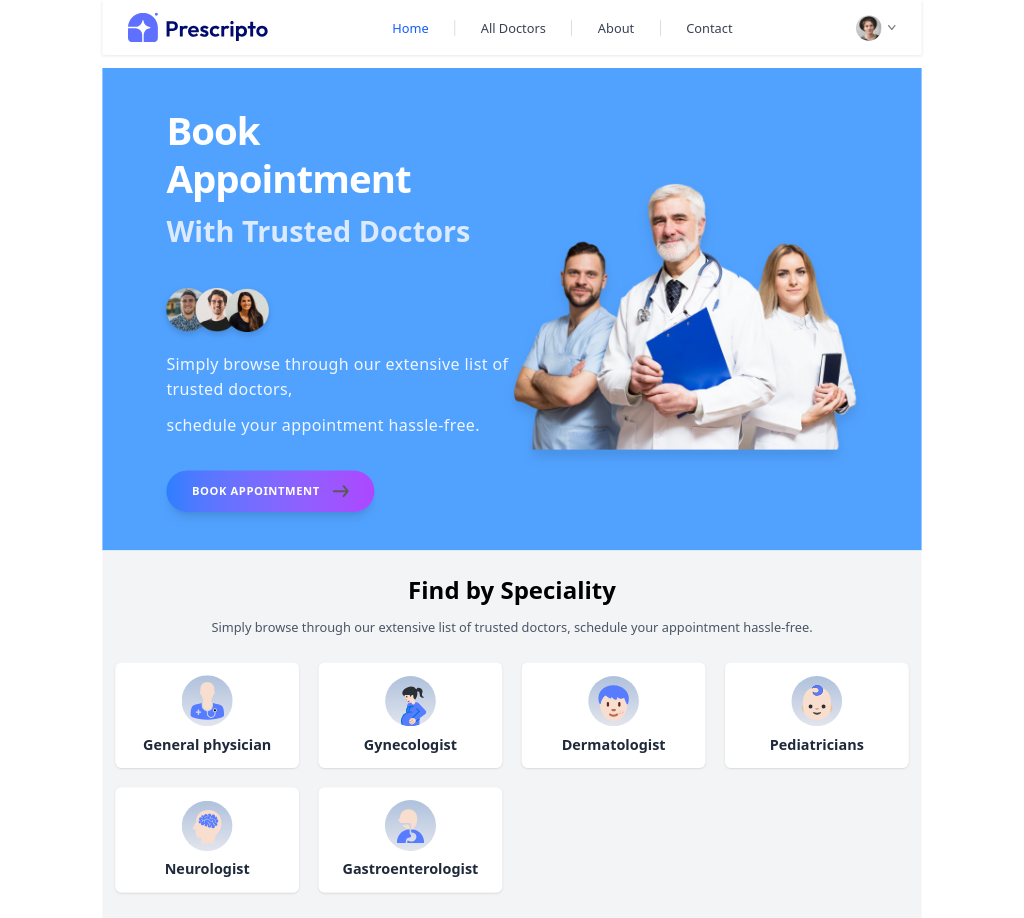
Repository: Pran2535/appointement_booking
Page: / (app in frontend/)
An editor plug-in stored every save of this project. The page is shown before and after the next save, followed by the edit.
The browser window is 1280 px wide. The pictures show the whole page, at 80% of full size.
The project was rebuilt for these pictures with package versions that can differ from the ones it lists, and the page was loaded fresh each time. Also part of the build but not shown: frontend/vite.config.js, frontend/src/pages/About.jsx, frontend/src/pages/MyAppointments.jsx, frontend/src/pages/Doctors.jsx, frontend/src/pages/Login.jsx, frontend/src/pages/Contact.jsx, frontend/src/pages/MyProfile.jsx, frontend/src/pages/Appointment.jsx.

Above is the page before, as saved 2025-02-16 21:15:35.

### frontend/index.html
<!doctype html>
<html lang="en">
  <head>
    <meta charset="UTF-8" />
    <link rel="icon" type="image/svg+xml" href="/vite.svg" />
    <meta name="viewport" content="width=device-width, initial-scale=1.0" />
    <title>Mishra healthcare</title>
  </head>
  <body>
    <div id="root"></div>
    <script type="module" src="/src/main.jsx"></script>
  </body>
</html>

### frontend/src/main.jsx
import { StrictMode } from 'react'
import { createRoot } from 'react-dom/client'
import './index.css'
import App from './App.jsx'
import { BrowserRouter } from 'react-router-dom'

createRoot(document.getElementById('root')).render(
<BrowserRouter>
    <App />
  </BrowserRouter>,
)

### frontend/src/App.jsx
import React from 'react'
import { Route, Routes } from 'react-router-dom'
import Home from './pages/Home'
import About from './pages/About'
import MyAppointments from './pages/MyAppointments'
import Doctors from './pages/Doctors'
import Login from './pages/Login'
import Contact from './pages/Contact'
import MyProfile from './pages/MyProfile'
import Appointment from './pages/Appointment'
import Navbar from './components/Navbar'

const App = () => {
  return (
    <div className='mx-4 sm:mx-[10%]'>
      <Navbar/>{ /* mounted navbar component before routes so that it gets displayed over the all routes */}
      <Routes>
        <Route path='/' element={<Home />} />
        <Route path='/about' element={<About />} />
        <Route path='/my-appointments' element={<MyAppointments />} />
        <Route path='/doctors' element={<Doctors/>}/>
        <Route path='/doctors/:speciality' element={<Doctors/>}/>
        <Route path ='/login' element={<Login/>}/>
        <Route path='/contact' element={<Contact/>}/>
        <Route path ='/my-profile' element={<MyProfile/>}/>
        <Route path ='/appointments/:docId' element={<Appointment/>}/>
      </Routes>
    </div>
  )
}

export default App

### frontend/src/pages/Home.jsx
import React from 'react'
import Header from '../components/Header'
import SpecialityMenu from '../components/SpecialityMenu'

const Home = () => {
  return (
    <div>
      <Header/>
      <SpecialityMenu/>
    </div>
  )
}

export default Home

### frontend/src/components/Navbar.jsx
import React, { useState } from 'react'
import { NavLink, useNavigate } from 'react-router-dom'
import { assets } from '../assets/assets'

const links = [
  { to: '/', label: 'Home' },
  { to: '/doctors', label: 'All Doctors' },
  { to: '/about', label: 'About' },
  { to: '/contact', label: 'Contact' }
]

const Navbar = () => {
  const navigate = useNavigate();
  const [showMenu, setShowMenu]=useState(false);
  const [token,setToken]=useState(true);


  return (
    <nav className="sticky top-0 bg-white shadow-sm z-50">
      <div className="max-w-7xl mx-auto px-4 sm:px-6 lg:px-8 py-4 flex items-center justify-between">
        {/* Logo */}
        <div className="flex-shrink-0">
          <img
            className="w-32 md:w-40 lg:w-44 h-auto cursor-pointer transition-transform hover:scale-105"
            src={assets.logo}
            alt="Company Logo"
          />
        </div>

        {/* Navigation Links */}
        <div className="hidden md:block">
          <ul className="flex items-center space-x-8">
            {links.map((l, i) => (
              <React.Fragment key={l.to}>
                <NavLink
                  to={l.to}
                  className={({ isActive }) =>
                    `font-medium transition-colors duration-200 hover:text-blue-600 ${
                      isActive ? 'text-blue-600' : 'text-gray-700'
                    }`
                  }
                >
                  {l.label}
                </NavLink>
                {i < links.length - 1 && (
                  <div className="h-5 w-px bg-gray-300" aria-hidden="true" />
                )}
              </React.Fragment>
            ))}
          </ul>
        </div>

        {/* CTA Button */}
        <div className="flex items-center gap-4">
            {
                token?
                <div className='flex items-center gap-2 cursor-pointer group relative' >
                    <img className='w-8 rounded-full' src={assets.profile_pic} alt="" />
                    <img className='w-2.5 ' src={assets.dropdown_icon} alt="" />
                    <div className='absolute top-0 right-0 pt-14 text-base font-medium text-gray-600 z-20 hidden group-hover:block'>
                        <div className='min-w-48 bg-stone-100 rounded flex flex-col gap-4 p-4'>
                            <p onClick={()=>navigate('/my-appointments')} className='hover:text-black cursor-pointer'>My Appointments</p>
                            <p onClick={()=>navigate('/my-profile')} className='hover:text-black cursor-pointer'>My Profile</p>
                            <p onClick={()=>setToken(false)} className='hover:text-black cursor-pointer'>Logout</p>
                        </div>
                    </div>
                </div>

                :
                 <button
            onClick={() => navigate('/login')}
            className="hidden cursor-pointer md:block bg-blue-600 hover:bg-blue-700 text-white px-6 py-3 rounded-full font-semibold transition-colors duration-200 focus:outline-none focus:ring-2 focus:ring-blue-500 focus:ring-offset-2 shadow-md"
          >
            Create Account
          </button>
            }

        </div>
      </div>
    </nav>
  )
}

export default Navbar

### frontend/src/components/Header.jsx
import React from 'react';
import { assets } from '../assets/assets';

const Header = () => {
  return (
    <div className="mt-4 flex flex-col md:flex-row justify-between items-center bg-blue-400 px-6 md:px-10 lg:px-20 py-12 text-white">
      {/* Left side */}
      <div className="w-full md:w-1/2 space-y-10 mb-8 md:mb-0">
        <div className="space-y-2">
          <h1 className="text-4xl lg:text-5xl font-bold leading-tight tracking-tight">
            Book Appointment
          </h1>
          <h2 className="text-3xl lg:text-4xl font-semibold text-blue-100 leading-relaxed">
            With Trusted Doctors
          </h2>
        </div>

        <div className="space-y-6">
          <div className="flex items-center space-x-4">
            <img
              src={assets.group_profiles}
              alt="Doctor Profiles"
              className="w-32 h-auto object-contain drop-shadow-lg"
            />
          </div>

          <div className="space-y-3">
            <p className="text-lg md:text-xl text-blue-50 leading-relaxed font-light tracking-wide">
              Simply browse through our extensive list of trusted doctors,
            </p>
            <p className="text-lg md:text-xl text-blue-50 leading-relaxed font-light tracking-wide">
              schedule your appointment hassle-free.
            </p>
          </div>
        </div>

        <a
          href="#speciality"
          className="inline-flex items-center space-x-4 bg-gradient-to-r from-blue-500 to-purple-500 hover:from-blue-600 hover:to-purple-600 text-white font-bold uppercase px-8 py-4 rounded-full shadow-lg transition-all duration-300 hover:scale-105 tracking-wider text-sm"
        >
          <span>Book Appointment</span>
          <img
            src={assets.arrow_icon}
            alt="Arrow"
            className="w-5 h-5 transform group-hover:translate-x-1 transition-transform"
          />
        </a>
      </div>

      {/* Right side */}
      <div className="w-full md:w-1/2 flex justify-center md:justify-end mt-8 md:mt-0">
        <img
          src={assets.header_img}
          alt="Header illustration"
          className="w-full max-w-lg h-auto object-contain drop-shadow-xl"
        />
      </div>
    </div>
  );
};

export default Header;

### frontend/src/components/SpecialityMenu.jsx
import React from 'react';
import { specialityData } from '../assets/assets';
import { Link } from 'react-router-dom';

const SpecialityMenu = () => {
  return (
    <div id="speciality" className="px-4 py-8 bg-gray-100">
      <h1 className="text-3xl font-bold text-center mb-4">Find by Speciality</h1>
      <p className="text-gray-600 text-center mb-8">
        Simply browse through our extensive list of trusted doctors, schedule your appointment hassle-free.
      </p>
      <div className="grid grid-cols-2 sm:grid-cols-3 md:grid-cols-4 gap-6">
        {specialityData.map((item, index) => (
          <Link
            key={index}
            to={`/doctors/${item.speciality}`}
            className="flex flex-col items-center bg-white p-4 rounded-lg shadow hover:shadow-lg transition-shadow duration-300"
          >
            <img
              src={item.image}
              alt={item.speciality}
              className="w-16 h-16 object-contain mb-2"
            />
            <p className="text-lg font-semibold text-gray-800">{item.speciality}</p>
          </Link>
        ))}
      </div>
    </div>
  );
};

export default SpecialityMenu;

### frontend/src/assets/assets.js
import appointment_img from './appointment_img.png'
import header_img from './header_img.png'
import group_profiles from './group_profiles.png'
import profile_pic from './profile_pic.png'
import contact_image from './contact_image.png'
import about_image from './about_image.png'
import logo from './logo.svg'
import dropdown_icon from './dropdown_icon.svg'
import menu_icon from './menu_icon.svg'
import cross_icon from './cross_icon.png'
import chats_icon from './chats_icon.svg'
import verified_icon from './verified_icon.svg'
import arrow_icon from './arrow_icon.svg'
import info_icon from './info_icon.svg'
import upload_icon from './upload_icon.png'
import stripe_logo from './stripe_logo.png'
import razorpay_logo from './razorpay_logo.png'
import doc1 from './doc1.png'
import doc2 from './doc2.png'
import doc3 from './doc3.png'
import doc4 from './doc4.png'
import doc5 from './doc5.png'
import doc6 from './doc6.png'
import doc7 from './doc7.png'
import doc8 from './doc8.png'
import doc9 from './doc9.png'
import doc10 from './doc10.png'
import doc11 from './doc11.png'
import doc12 from './doc12.png'
import doc13 from './doc13.png'
import doc14 from './doc14.png'
import doc15 from './doc15.png'
import Dermatologist from './Dermatologist.svg'
import Gastroenterologist from './Gastroenterologist.svg'
import General_physician from './General_physician.svg'
import Gynecologist from './Gynecologist.svg'
import Neurologist from './Neurologist.svg'
import Pediatricians from './Pediatricians.svg'


export const assets = {
    appointment_img,
    header_img,
    group_profiles,
    logo,
    chats_icon,
    verified_icon,
    info_icon,
    profile_pic,
    arrow_icon,
    contact_image,
    about_image,
    menu_icon,
    cross_icon,
    dropdown_icon,
    upload_icon,
    stripe_logo,
    razorpay_logo
}

export const specialityData = [
    {
        speciality: 'General physician',
        image: General_physician
    },
    {
        speciality: 'Gynecologist',
        image: Gynecologist
    },
    {
        speciality: 'Dermatologist',
        image: Dermatologist
    },
    {
        speciality: 'Pediatricians',
        image: Pediatricians
    },
    {
        speciality: 'Neurologist',
        image: Neurologist
    },
    {
        speciality: 'Gastroenterologist',
        image: Gastroenterologist
    },
]

export const doctors = [
    {
        _id: 'doc1',
        name: 'Dr. Richard James',
        image: doc1,
        speciality: 'General physician',
        degree: 'MBBS',
        experience: '4 Years',
        about: 'Dr. Davis has a strong commitment to delivering comprehensive medical care, focusing on preventive medicine, early diagnosis, and effective treatment strategies. Dr. Davis has a strong commitment to delivering comprehensive medical care, focusing on preventive medicine, early diagnosis, and effective treatment strategies.',
        fees: 50,
        address: {
            line1: '17th Cross, Richmond',
            line2: 'Circle, Ring Road, London'
        }
    },
    {
        _id: 'doc2',
        name: 'Dr. Emily Larson',
        image: doc2,
        speciality: 'Gynecologist',
        degree: 'MBBS',
        experience: '3 Years',
        about: 'Dr. Davis has a strong commitment to delivering comprehensive medical care, focusing on preventive medicine, early diagnosis, and effective treatment strategies. Dr. Davis has a strong commitment to delivering comprehensive medical care, focusing on preventive medicine, early diagnosis, and effective treatment strategies.',
        fees: 60,
        address: {
            line1: '27th Cross, Richmond',
            line2: 'Circle, Ring Road, London'
        }
    },
    {
        _id: 'doc3',
        name: 'Dr. Sarah Patel',
        image: doc3,
        speciality: 'Dermatologist',
        degree: 'MBBS',
        experience: '1 Years',
        about: 'Dr. Davis has a strong commitment to delivering comprehensive medical care, focusing on preventive medicine, early diagnosis, and effective treatment strategies. Dr. Davis has a strong commitment to delivering comprehensive medical care, focusing on preventive medicine, early diagnosis, and effective treatment strategies.',
        fees: 30,
        address: {
            line1: '37th Cross, Richmond',
            line2: 'Circle, Ring Road, London'
        }
    },
    {
        _id: 'doc4',
        name: 'Dr. Christopher Lee',
        image: doc4,
        speciality: 'Pediatricians',
        degree: 'MBBS',
        experience: '2 Years',
        about: 'Dr. Davis has a strong commitment to delivering comprehensive medical care, focusing on preventive medicine, early diagnosis, and effective treatment strategies. Dr. Davis has a strong commitment to delivering comprehensive medical care, focusing on preventive medicine, early diagnosis, and effective treatment strategies.',
        fees: 40,
        address: {
            line1: '47th Cross, Richmond',
            line2: 'Circle, Ring Road, London'
        }
    },
    {
        _id: 'doc5',
        name: 'Dr. Jennifer Garcia',
        image: doc5,
        speciality: 'Neurologist',
        degree: 'MBBS',
        experience: '4 Years',
        about: 'Dr. Davis has a strong commitment to delivering comprehensive medical care, focusing on preventive medicine, early diagnosis, and effective treatment strategies. Dr. Davis has a strong commitment to delivering comprehensive medical care, focusing on preventive medicine, early diagnosis, and effective treatment strategies.',
        fees: 50,
        address: {
            line1: '57th Cross, Richmond',
            line2: 'Circle, Ring Road, London'
        }
    },
    {
        _id: 'doc6',
        name: 'Dr. Andrew Williams',
        image: doc6,
        speciality: 'Neurologist',
        degree: 'MBBS',
        experience: '4 Years',
        about: 'Dr. Davis has a strong commitment to delivering comprehensive medical care, focusing on preventive medicine, early diagnosis, and effective treatment strategies. Dr. Davis has a strong commitment to delivering comprehensive medical care, focusing on preventive medicine, early diagnosis, and effective treatment strategies.',
        fees: 50,
        address: {
            line1: '57th Cross, Richmond',
            line2: 'Circle, Ring Road, London'
        }
    },
    {
        _id: 'doc7',
        name: 'Dr. Christopher Davis',
        image: doc7,
        speciality: 'General physician',
        degree: 'MBBS',
        experience: '4 Years',
        about: 'Dr. Davis has a strong commitment to delivering comprehensive medical care, focusing on preventive medicine, early diagnosis, and effective treatment strategies. Dr. Davis has a strong commitment to delivering comprehensive medical care, focusing on preventive medicine, early diagnosis, and effective treatment strategies.',
        fees: 50,
        address: {
            line1: '17th Cross, Richmond',
            line2: 'Circle, Ring Road, London'
        }
    },
    {
        _id: 'doc8',
        name: 'Dr. Timothy White',
        image: doc8,
        speciality: 'Gynecologist',
        degree: 'MBBS',
        experience: '3 Years',
        about: 'Dr. Davis has a strong commitment to delivering comprehensive medical care, focusing on preventive medicine, early diagnosis, and effective treatment strategies. Dr. Davis has a strong commitment to delivering comprehensive medical care, focusing on preventive medicine, early diagnosis, and effective treatment strategies.',
        fees: 60,
        address: {
            line1: '27th Cross, Richmond',
            line2: 'Circle, Ring Road, London'
        }
    },
    {
        _id: 'doc9',
        name: 'Dr. Ava Mitchell',
        image: doc9,
        speciality: 'Dermatologist',
        degree: 'MBBS',
        experience: '1 Years',
        about: 'Dr. Davis has a strong commitment to delivering comprehensive medical care, focusing on preventive medicine, early diagnosis, and effective treatment strategies. Dr. Davis has a strong commitment to delivering comprehensive medical care, focusing on preventive medicine, early diagnosis, and effective treatment strategies.',
        fees: 30,
        address: {
            line1: '37th Cross, Richmond',
            line2: 'Circle, Ring Road, London'
        }
    },
    {
        _id: 'doc10',
        name: 'Dr. Jeffrey King',
        image: doc10,
        speciality: 'Pediatricians',
        degree: 'MBBS',
        experience: '2 Years',
        about: 'Dr. Davis has a strong commitment to delivering comprehensive medical care, focusing on preventive medicine, early diagnosis, and effective treatment strategies. Dr. Davis has a strong commitment to delivering comprehensive medical care, focusing on preventive medicine, early diagnosis, and effective treatment strategies.',
        fees: 40,
        address: {
            line1: '47th Cross, Richmond',
            line2: 'Circle, Ring Road, London'
        }
    },
    {
        _id: 'doc11',
        name: 'Dr. Zoe Kelly',
        image: doc11,
        speciality: 'Neurologist',
        degree: 'MBBS',
        experience: '4 Years',
        about: 'Dr. Davis has a strong commitment to delivering comprehensive medical care, focusing on preventive medicine, early diagnosis, and effective treatment strategies. Dr. Davis has a strong commitment to delivering comprehensive medical care, focusing on preventive medicine, early diagnosis, and effective treatment strategies.',
        fees: 50,
        address: {
            line1: '57th Cross, Richmond',
            line2: 'Circle, Ring Road, London'
        }
    },
    {
        _id: 'doc12',
        name: 'Dr. Patrick Harris',
        image: doc12,
        speciality: 'Neurologist',
        degree: 'MBBS',
        experience: '4 Years',
        about: 'Dr. Davis has a strong commitment to delivering comprehensive medical care, focusing on preventive medicine, early diagnosis, and effective treatment strategies. Dr. Davis has a strong commitment to delivering comprehensive medical care, focusing on preventive medicine, early diagnosis, and effective treatment strategies.',
        fees: 50,
        address: {
            line1: '57th Cross, Richmond',
            line2: 'Circle, Ring Road, London'
        }
    },
    {
        _id: 'doc13',
        name: 'Dr. Chloe Evans',
        image: doc13,
        speciality: 'General physician',
        degree: 'MBBS',
        experience: '4 Years',
        about: 'Dr. Davis has a strong commitment to delivering comprehensive medical care, focusing on preventive medicine, early diagnosis, and effective treatment strategies. Dr. Davis has a strong commitment to delivering comprehensive medical care, focusing on preventive medicine, early diagnosis, and effective treatment strategies.',
        fees: 50,
        address: {
            line1: '17th Cross, Richmond',
            line2: 'Circle, Ring Road, London'
        }
    },
    {
        _id: 'doc14',
        name: 'Dr. Ryan Martinez',
        image: doc14,
        speciality: 'Gynecologist',
        degree: 'MBBS',
        experience: '3 Years',
        about: 'Dr. Davis has a strong commitment to delivering comprehensive medical care, focusing on preventive medicine, early diagnosis, and effective treatment strategies. Dr. Davis has a strong commitment to delivering comprehensive medical care, focusing on preventive medicine, early diagnosis, and effective treatment strategies.',
        fees: 60,
        address: {
            line1: '27th Cross, Richmond',
            line2: 'Circle, Ring Road, London'
        }
    },
    {
        _id: 'doc15',
        name: 'Dr. Amelia Hill',
        image: doc15,
        speciality: 'Dermatologist',
        degree: 'MBBS',
        experience: '1 Years',
        about: 'Dr. Davis has a strong commitment to delivering comprehensive medical care, focusing on preventive medicine, early diagnosis, and effective treatment strategies. Dr. Davis has a strong commitment to delivering comprehensive medical care, focusing on preventive medicine, early diagnosis, and effective treatment strategies.',
        fees: 30,
        address: {
            line1: '37th Cross, Richmond',
            line2: 'Circle, Ring Road, London'
        }
    },
]

Loaded but not shown: frontend/src/index.css (common file)

After the next save:
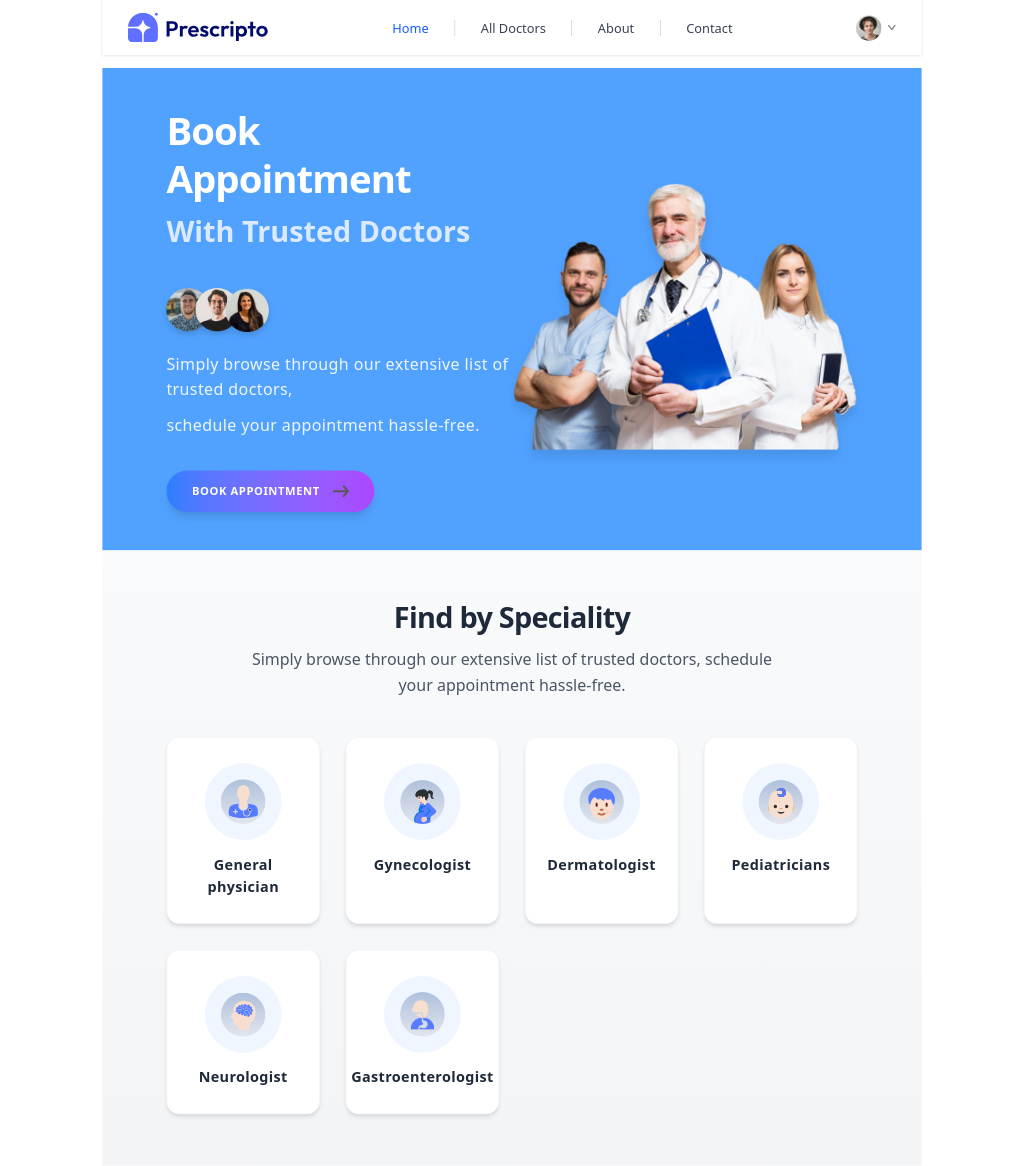
Saved 73 s later.
--- a/frontend/src/components/SpecialityMenu.jsx
+++ b/frontend/src/components/SpecialityMenu.jsx
@@ -4,26 +4,38 @@ import { Link } from 'react-router-dom';
 
 const SpecialityMenu = () => {
   return (
-    <div id="speciality" className="px-4 py-8 bg-gray-100">
-      <h1 className="text-3xl font-bold text-center mb-4">Find by Speciality</h1>
-      <p className="text-gray-600 text-center mb-8">
-        Simply browse through our extensive list of trusted doctors, schedule your appointment hassle-free.
-      </p>
-      <div className="grid grid-cols-2 sm:grid-cols-3 md:grid-cols-4 gap-6">
-        {specialityData.map((item, index) => (
-          <Link
-            key={index}
-            to={`/doctors/${item.speciality}`}
-            className="flex flex-col items-center bg-white p-4 rounded-lg shadow hover:shadow-lg transition-shadow duration-300"
-          >
-            <img
-              src={item.image}
-              alt={item.speciality}
-              className="w-16 h-16 object-contain mb-2"
-            />
-            <p className="text-lg font-semibold text-gray-800">{item.speciality}</p>
-          </Link>
-        ))}
+    <div id="speciality" className="px-6 md:px-12 lg:px-20 py-16 bg-gradient-to-b from-gray-50 to-gray-100">
+      <div className="max-w-6xl mx-auto">
+        <div className="text-center space-y-4 mb-12">
+          <h1 className="text-3xl md:text-4xl font-bold text-gray-800 tracking-tight">
+            Find by Speciality
+          </h1>
+          <p className="text-lg md:text-xl text-gray-600 max-w-2xl mx-auto leading-relaxed font-light">
+            Simply browse through our extensive list of trusted doctors,
+            schedule your appointment hassle-free.
+          </p>
+        </div>
+
+        <div className="grid grid-cols-2 sm:grid-cols-3 md:grid-cols-4 gap-6 md:gap-8">
+          {specialityData.map((item, index) => (
+            <Link
+              key={index}
+              to={`/doctors/${item.speciality}`}
+              className="group flex flex-col items-center bg-white p-6 md:p-8 rounded-2xl shadow-md hover:shadow-xl transition-all duration-300 hover:scale-105 border border-gray-100"
+            >
+              <div className="w-20 h-20 md:w-24 md:h-24 rounded-full bg-blue-50 flex items-center justify-center mb-4 group-hover:bg-blue-100 transition-colors duration-300">
+                <img
+                  src={item.image}
+                  alt={item.speciality}
+                  className="w-12 h-12 md:w-14 md:h-14 object-contain"
+                />
+              </div>
+              <p className="text-lg font-semibold text-gray-800 text-center tracking-wide group-hover:text-blue-600 transition-colors duration-300">
+                {item.speciality}
+              </p>
+            </Link>
+          ))}
+        </div>
       </div>
     </div>
   );
